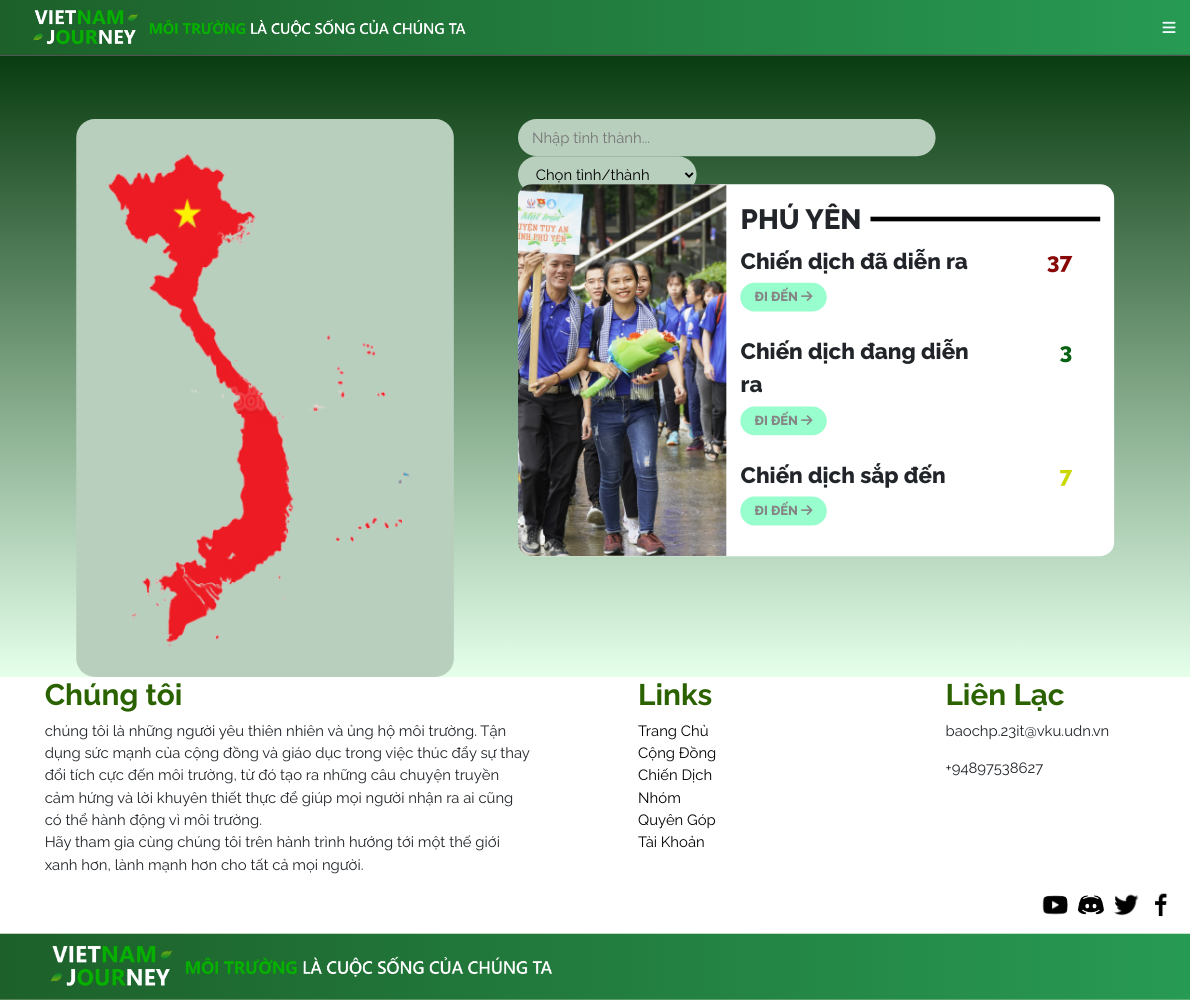
Repository: Boima12/Boima12.github.io_VietnamJourney
Page: HTML/ChienDich/ChienDich.html
The author's editor kept a copy of each file at every save. The page is drawn from the files as they stood at one save, then again after a run of saves.
The browser window is 1280 px wide. The pictures show the whole page, at 93% of full size.

Above is the page before, as saved 2024-05-25 08:25:03.

### HTML/ChienDich/ChienDich.html
<!DOCTYPE html>
<HTML lang="en">

<HEAD>
    <TITLE>Chiến Dịch</TITLE>
    <meta charset="UTF-8">
    <meta name="viewport" content="width=device-width, initial-scale=1.0">

    <!-- CSS -->
    <link rel="stylesheet" href="ChienDich.css">

    <!-- Favicon -->
    <link rel="icon" type="image/x-icon" href="../../Images/yo.ico">

    <!--Bootstrap 5-->
    <link href="https://cdn.jsdelivr.net/npm/bootstrap@5.3.3/dist/css/bootstrap.min.css" rel="stylesheet">
    <script src="https://cdn.jsdelivr.net/npm/bootstrap@5.3.3/dist/js/bootstrap.bundle.min.js"></script>
    <!-- <link rel="stylesheet" href="https://cdn.jsdelivr.net/npm/bootstrap@4.6.2/dist/css/bootstrap.min.css" integrity="sha384-xOolHFLEh07PJGoPkLv1IbcEPTNtaed2xpHsD9ESMhqIYd0nLMwNLD69Npy4HI+N" crossorigin="anonymous"> -->
    <!-- Font Awesome -->
    <link rel="stylesheet" href="https://cdnjs.cloudflare.com/ajax/libs/font-awesome/6.5.1/css/all.min.css">
</HEAD>



<BODY style="background-color: #FFF4E6;">

    <!-- header là Navigation bar -->
    <header id="header1">
        <div class="logo">
            <img class="logo1" src="../../Images/header1.png" onclick="navToIntro()" style="height: 40px;">
            <img class="logo2" src="../../Images/header2.png" onclick="navToIntro()">
        </div>

        <div class="links">
            <nav>
                <a href="../TrangChu/TrangChu.html">TRANG CHỦ</a>
                <a href="../CongDong/CongDong.html">CỘNG ĐỒNG</a>
                <a href="../ChienDich/ChienDich.html">CHIẾN DỊCH</a>
                <a href="../Nhom/Nhom.html">NHÓM</a>
                <a href="../QuyenGop/QuyenGop.html">QUYÊN GÓP</a>
                <a href="../TaiKhoan/TaiKhoan.html">TÀI KHOẢN</a>
            </nav>
        </div>

        <div class="bar" onclick="MenuBar()">
            <i class="fa-solid fa-bars"></i>
        </div>

        <div id="overlay"></div>

        <div id="sidebar">
            <div class="sidebar-content">

                <div style="color: aliceblue;text-align: right;margin-top:0;" onclick="CloseBar()"><i
                        class="fa-solid fa-bars"></i></div>

                <!-- <p>VỀ CHÚNG TÔI <i class="fa-regular fa-address-card"></i></p> -->
                <a href="../TrangChu/TrangChu.html">TRANG CHỦ <i class="fa-solid fa-house"></i></a>
                <a href="../CongDong/CongDong.html">CỘNG ĐỒNG <i class="fa-solid fa-earth-americas"></i></a>
                <a href="../ChienDich/ChienDich.html">CHIẾN DỊCH <i class="fa-solid fa-fire"></i></a>
                <a href="../Nhom/Nhom.html">NHÓM <i class="fa-solid fa-people-group"></i></a>
                <a href="../QuyenGop/QuyenGop.html">QUYÊN GÓP <i class="fa-solid fa-hand-holding-dollar"></i></a>
                <a href="../TaiKhoan/TaiKhoan.html">TÀI KHOẢN <i class="fa-solid fa-user"></i></a>
            </div>

        </div>

    </header>
    <div style="height: 3rem;"></div> <!-- Cách một khoảng cho navigation bar -->















<!-- LÀM Ở ĐÂY -->
    <div class="section-one">
        <div class="container">
            <div class="row">
                <div class="col-xl-5  col-lg-5 col-md-12 col-sm-12 col-12">
                    <div class="map">
                        <img src="./images/bando.png" alt="bản đồ việt nam">
                    </div>
                </div>
                <div class="col-xl-7 col-lg-7 col-md-12 col-sm-12 col-12">
                    <div class="right">
                        <div class="search">
                            <input type="search" class="inner-search" placeholder="Nhập tỉnh thành...">
                            <select id="province" name="province" required>
                                <option value="" selected disabled>Chọn tỉnh/thành</option>
                            </select>
                        </div>
                        <div class="content">
                            <img src="./images/anh1.jpg" alt="">
                            <div class="inner-content">
                                <div class="inner-title">
                                    <div class="inner-text">PHÚ YÊN</div>
                                    <div class="inner-line"></div>
                                </div>
                                <div class="part">
                                    <div class="inner-content">
                                        <div class="inner-title">Chiến dịch đã diễn ra</div>
                                        <div class="inner-button">ĐI ĐẾN <i class="fa-solid fa-arrow-right"></i></div>
                                    </div>
                                    <div class="inner-count red">37</div>
                                </div>
                                <div class="part">
                                    <div class="inner-content">
                                        <div class="inner-title">Chiến dịch đang diễn ra</div>
                                        <div class="inner-button">ĐI ĐẾN <i class="fa-solid fa-arrow-right"></i></div>
                                    </div>
                                    <div class="inner-count green">3</div>
                                </div>
                                <div class="part">
                                    <div class="inner-content">
                                        <div class="inner-title">Chiến dịch sắp đến</div>
                                        <div class="inner-button">ĐI ĐẾN <i class="fa-solid fa-arrow-right"></i></div>
                                    </div>
                                    <div class="inner-count yellow">7</div>
                                </div>
                            </div>
                        </div>
                    </div>
                </div>
            </div>
        </div>
    </div>















    <footer>
        <div class="up">
            <div id="about">
                <h2>Chúng tôi</h2>
                <p>chúng tôi là những người yêu thiên nhiên và ủng hộ môi trường. Tận dụng sức mạnh của cộng đồng và giáo dục trong việc thúc đẩy sự thay đổi tích cực đến môi trường, từ đó tạo ra những câu chuyện truyền cảm hứng và lời khuyên thiết thực để giúp mọi người nhận ra ai cũng có thể hành động vì môi trường.<br>
                    Hãy tham gia cùng chúng tôi trên hành trình hướng tới một thế giới xanh hơn, lành mạnh hơn cho tất cả mọi người.
                </p>
            </div>

            <div id="quickLinks">
                <h2>Links</h2>
                <a href="../../HTML/TrangChu/TrangChu.html">Trang Chủ</a>
                <a href="../../HTML/CongDong/CongDong.html">Cộng Đồng</a>
                <a href="../../HTML/ChienDich/ChienDich.html">Chiến Dịch</a>
                <a href="../../HTML/Nhom/Nhom.html">Nhóm</a>
                <a href="../../HTML/QuyenGop/QuyenGop.html">Quyên Góp</a>
                <a href="../../HTML/TaiKhoan/TaiKhoan.html">Tài Khoản</a>
            </div>

            <div id="contacts">
                <h2>Liên Lạc</h2>
                <p>baochp.23it@vku.udn.vn</p>
                <p>+94897538627</p>
            </div>
        </div>


        <div class="mid">
            <a href="https://www.youtube.com/channel/UC1cpkfqLNp6I1HgNy2MUhUg"><img src="../../Images/youtube_icon.png"></a>
            <a href="https://discord.com/invite/45fkbZcj"><img src="../../Images/discord_icon.png"></a>
            <a href="https://x.com/dog_rates"><img src="../../Images/twitter_icon.png"></a>
            <a href="https://web.facebook.com/vku.udn.vn/?_rdc=1&_rdr"><img src="../../Images/facebook_icon.png"></a>
        </div>


        <div class="bot">
            <img class="logo1" src="../../Images/header1.png">
            <img class="logo2" src="../../Images/header2.png">
        </div>
    </footer>


    <!-- JavaScript -->
    <script src="../../Script/ChienDich.js"></script>
    <noscript>Your Browser doesn't support JavaScript</noscript>

</BODY>

</HTML>

### HTML/ChienDich/ChienDich.css
/* IMPORTING */
@font-face {
    font-family: Raleway;
    src: url("../../Fonts/Raleway-VariableFont_wght.ttf");
}

/* END IMPORTING */

/*BASE*/
* {
    box-sizing: border-box;
}

:root {
    --color-bg: #05390C;
    --color-green: #00FF0A;
    --color-text: #000000;
    --color-desc: #868686;
  }

body {
    color: var(--color-text);
}

/*BASE*/

/* Loại bỏ margin - padding global */
* {
    margin: 0px;
    padding: 0px;
}


/* global font */
* {
    font-family: Raleway;
}



/* NAVIGATION BAR */
header {
    display: flex;
    align-items: center;
    justify-content: space-between;
    position: fixed;
    width: 100%;
    height: 60px;
    border-bottom: 1.5px solid rgb(97, 94, 94);
    background: linear-gradient(to right, rgb(29, 96, 42), rgb(39, 154, 83));
    z-index: 999;
}


header div.logo img {
    width: auto;
    height: 2.9rem;
    /* margin-left: 3rem; */
}

header div.logo img.logo1 {
    display: block;
    padding-left: 10px;
    margin: 20px;
}

header div.logo img.logo2 {
    display: none;
}


header div.links nav {
    display: flex;
    justify-content: space-around;
    width: 100%;
}


header div.links nav a {
    margin: 0;
    padding: 0 1rem;

    cursor: pointer;

    text-decoration: none;
    color: white;
    font-size: 16px;
    font-weight: 600;
}


header div.links nav a:hover {
    color: #b8e994;
}


header div.bar {
    display: none;
    margin-right: 1rem;

    color: aliceblue;
    text-align: right;
}


header #overlay {
    display: none;
    position: fixed;

    top: 0;
    left: 0;
    width: 100%;
    height: 100%;

    background-color: rgba(0, 0, 0, 0.8);

    z-index: 9999;
}


header #sidebar {
    display: flex;
    justify-content: flex-end;
    float: right;

    position: fixed;

    top: 0;
    right: -20%;
    width: 20%;
    height: 100%;
    border: none;
    overflow: hidden;

    background: linear-gradient(to top, rgb(37, 79, 46), rgb(53, 189, 105));

    transition: right 0.3s ease-in-out;
    z-index: 10000;

}


header #sidebar.open {
    right: 0;
}


header #sidebar div.sidebar-content {
    display: flex;
    flex-direction: column;
    overflow-y: auto;
    overflow-x: hidden;
    padding: 1.5rem;
    width: 100%;
}


header #sidebar div.sidebar-content a {
    text-align: right;
    text-decoration: none;
    font-size: 1.2rem;

    color: aliceblue;
    margin-top: 1.5rem;

    margin-right: 0;
}


header #sidebar div.sidebar-content a:hover {
    color: #b8e994;
}


header #sidebar div.sidebar-content i {
    font-size: smaller;
}

/* END NAVIGATION BAR */

/* SECTION-ONE */
.section-one {
    background-image: linear-gradient(to bottom, #05390C, #E5FFEB);
    padding-top: 80px;
}

.map {
    width: 90%;
    position: relative;
    border-radius: 20px;
    max-width: 100%;
    overflow: hidden;
    height: 600px;
    object-fit: cover;
    background-color: #b9cfbe ;
}

.map img {
    width: 100%;
    height: 100%;
}

.right {
    height: 600pxx;
}

.right .search {
    height: 40px;
    margin-bottom: 30px;
}

.right .search .inner-search {
    background-color: #B9CFBE;
    height: 100%;
    width: 70%;
    border-radius: 40px;
    border: none;
    padding: 5px 15px 5px 15px;
    font-size: 16px;
}

.right .search #province {
    background-color: #B9CFBE;
    height: 100%;
    width: 30%;
    border-radius: 40px;
    border: none;
    padding: 5px 15px 5px 15px;
    font-size: 16px;
}

.right .content {
    display: flex;
    border-radius: 15px;
    overflow: hidden;
    height: 400px;
    background-color: white;
}

.right .content img {
    width: 35%;
    height: auto;
    object-fit: cover;
}

.right .content .inner-content {
    width: 65%;
    padding: 15px;
}

.right .content .inner-content .inner-title {
    width: 100%;
    font-size: 30px;
    font-weight: 800;
    display: flex;
    align-items: center;
    margin-bottom: 5px;
}

.right .content .inner-content .inner-title .inner-text {
    display: inline-block;
}

.right .content .inner-content .inner-title .inner-line {
    flex-grow: 1;
    position: relative;
    height: 5px;
    background-color: #000000;
    line-height: 100%;
    margin-left: 10px;
}

.right .content .inner-content .part {
    width: 100%;
    display: flex;
    justify-content: space-between;
    margin-bottom: 25px;
}

.right .content .inner-content .part .inner-content {
    padding: 0;
}

.right .content .inner-content .part .inner-content .inner-title{
    font-size: 24px;
}

.right .content .inner-content .part .inner-content .inner-button {
    font-size: 14px;
    font-weight: 800;
    color: var(--color-desc);
    background-color: #98FECD;
    display: inline-block;
    padding: 5px 15px 5px 15px;
    border-radius: 20px;
}

.right .content .inner-content .part .inner-count {
    font-size: 24px;
    font-weight: 800;
    text-align: center;
    margin-right: 30px;
}

.right .content .inner-content .part .red {
    color: #880707;
}

.right .content .inner-content .part .green {
    color: #086214;
}

.right .content .inner-content .part .yellow {
    color: #c9d705;
}

/* END SECTION-ONE */











































/* Code CSS ở đây */






































/* FOOTER */
footer div.up {
    display: flex;
    justify-content: space-around;
    gap: 1.2rem;
    width: 100%;

    background-color: white;

}


footer div.up h2 {
    font-weight: bold;
    color: #2B6200;
}


footer div.up #about {
    display: flex;
    flex-direction: column;
    justify-content: flex-start;

    width: 50%;
    padding-left: 3rem;
    padding-right: 3rem;
}


footer div.up #quickLinks {
    display: flex;
    flex-direction: column;
    justify-content: flex-start;

    width: 25%;
    padding-left: 3rem;
    padding-right: 3rem;
}


footer div.up #quickLinks a {
    text-decoration: none;
    color: black;
}


footer div.up #contacts {
    display: flex;
    flex-direction: column;
    justify-content: flex-start;

    width: 25%;
    padding-left: 3rem;
    padding-right: 3rem;
}


footer div.mid {
    display: flex;
    justify-content: flex-end;
    gap: 0.5rem;

    width: 100%;
    padding-right: 1rem;
    padding-bottom: 1rem;
    background-color: white;
}


footer div.mid a img {
    width: 30px;
    height: 30px;
}


footer div.bot {
    display: flex;
    justify-content: flex-start;

    padding-left: 3rem;
    padding-top: 0.75rem;
    padding-bottom: 0.75rem;
    width: 100%;

    background: linear-gradient(to right, rgb(29, 96, 42), rgb(39, 154, 83));
}


footer div.bot img {
    width: auto;
    height: 2.9rem;
}


footer div.bot img.logo1 {
    display: block;
}


footer div.bot img.logo2 {
    display: none;
}


/* END FOOTER */













/* RESPONSIVE DESIGN */
@media (max-width: 1380px) {
    header div.links nav a {
        display: none;
    }

    header div.bar  {
        display: block;
    }

    header #sidebar {
        right: -30%;
        width: 30%;
    }
}


@media (max-width: 950px) {
    footer div.up {
        flex-direction: column;
    }

    footer div.up #about {
        width: 100%;
    }

    footer div.up #quickLinks {
        width: 100%;
    }

    footer div.up #contacts {
        width: 100%;
    }
}


@media (max-width: 630px) {
    header {
        height: 3.5rem;
    }

    header div.logo img.logo1 {
        display: none;
    }

    header div.logo img.logo2 {
        display: block;
    }

    header div.logo img {
        width: auto;
        height: 3.5rem;
        margin-left: 14rem;
    }

    header #sidebar {
        right: -50%;
        width: 50%;
    }

    footer div.bot {
        justify-content: center;
        padding-left: 0rem;
    }

    footer div.bot img {
        height: 3.5rem;
    }

    footer div.bot img.logo1 {
        display: none;
    }

    footer div.bot img.logo2 {
        display: block;
    }
}


@media (max-width: 560px) {
    header div.logo img {
        margin-left: 8rem;
    }

    header #sidebar {
        right: -60%;
        width: 60%;
    }
}


@media (max-width: 320px) {
    header div.logo img {
        margin-left: 5rem;
    }
}

/* END RESPONSIVE DESIGN */

### Script/ChienDich.js
// header menu bar
const overlay = document.getElementById('overlay');
const sidebar = document.getElementById('sidebar');

function MenuBar() {
    overlay.style.display = 'block';
    sidebar.classList.add('open');
}

function CloseBar() {
    overlay.style.display = 'none';
    sidebar.classList.remove('open');
}


// back to intro when click the logo
function navToIntro() {
    window.location.href = '../../index.html';
}


// navigation bar background transparency
// const header = document.getElementById('header1');
// function toggle_header() {
//     if (window.screenY == 0) {
//         header.style.background = 'linear-gradient(to right, rgba(29, 96, 42, 0), rgba(39, 154, 83, 0))';
//     } else if (window.screenY < 210) {
//         header.style.background = 'linear-gradient(to right, rgba(29, 96, 42, ' + parseInt(window.scrollY)*2 / 300 + '), rgba(39, 154, 83, ' + parseInt(window.scrollY)*2 / 300 + '))';
//     } else {
//         header.style.background = 'linear-gradient(to right, rgba(29, 96, 42, 0.7), rgba(39, 154, 83, 0.7))';
//     }
// }

// window.addEventListener('scroll', toggle_header);


const provinces = [
    "An Giang", "Bà Rịa - Vũng Tàu", "Bắc Giang", "Bắc Kạn", "Bạc Liêu",
    "Bắc Ninh", "Bến Tre", "Bình Định", "Bình Dương", "Bình Phước",
    "Bình Thuận", "Cà Mau", "Cần Thơ", "Cao Bằng", "Đà Nẵng",
    "Đắk Lắk", "Đắk Nông", "Điện Biên", "Đồng Nai", "Đồng Tháp",
    "Gia Lai", "Hà Giang", "Hà Nam", "Hà Nội", "Hà Tĩnh",
    "Hải Dương", "Hải Phòng", "Hậu Giang", "Hòa Bình", "Hưng Yên",
    "Khánh Hòa", "Kiên Giang", "Kon Tum", "Lai Châu", "Lâm Đồng",
    "Lạng Sơn", "Lào Cai", "Long An", "Nam Định", "Nghệ An",
    "Ninh Bình", "Ninh Thuận", "Phú Thọ", "Phú Yên", "Quảng Bình",
    "Quảng Nam", "Quảng Ngãi", "Quảng Ninh", "Quảng Trị", "Sóc Trăng",
    "Sơn La", "Tây Ninh", "Thái Bình", "Thái Nguyên", "Thanh Hóa",
    "Thừa Thiên Huế", "Tiền Giang", "TP Hồ Chí Minh", "Trà Vinh",
    "Tuyên Quang", "Vĩnh Long", "Vĩnh Phúc", "Yên Bái"
];

const select = document.getElementById('province');

provinces.forEach(province => {
    const option = document.createElement('option');
    option.value = province;
    option.textContent = province;
    select.appendChild(option);
});

After the next 2 saves:
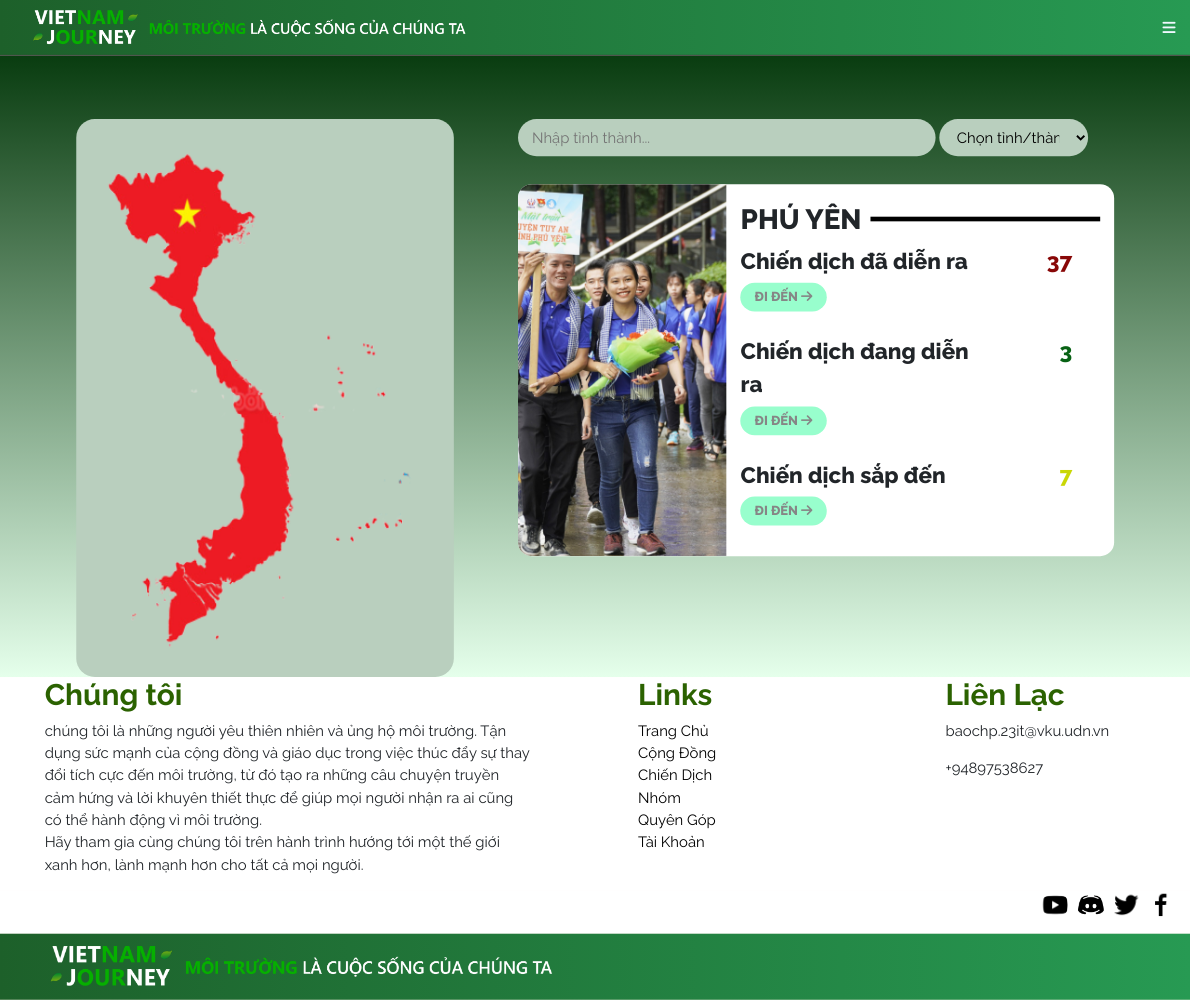
The 2 saves are shown as one change because they came seconds apart.
The last was saved 9 s later.
--- a/HTML/ChienDich/ChienDich.css
+++ b/HTML/ChienDich/ChienDich.css
@@ -222,7 +222,7 @@ header #sidebar div.sidebar-content i {
 .right .search #province {
     background-color: #B9CFBE;
     height: 100%;
-    width: 30%;
+    width: 25%;
     border-radius: 40px;
     border: none;
     padding: 5px 15px 5px 15px;
